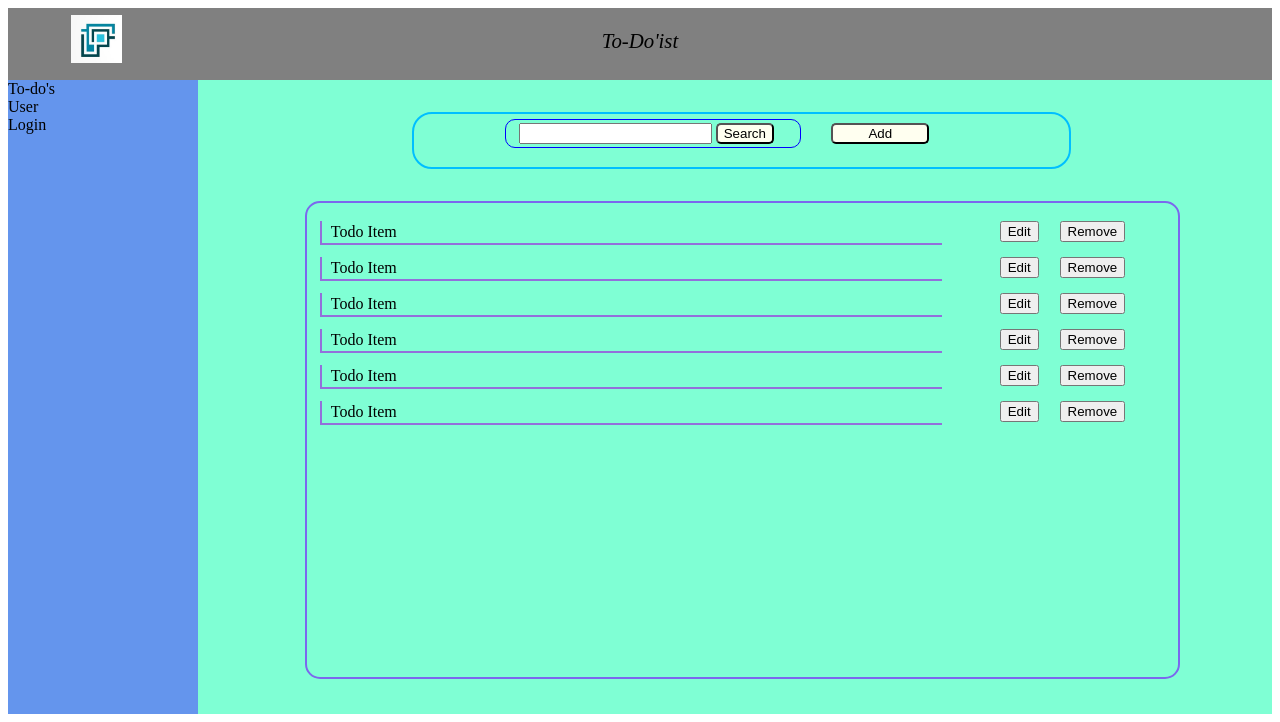
Repository: tavisca-pkadam/Todo-Website
Page: home.html
An editor plug-in stored every save of this project. The page is shown before and after a run of saves, followed by the edit.
The browser window is 1280 px wide. The pictures show the whole page.

Above is the page before, as saved 2019-08-20 08:38:30.

After the next 6 saves:
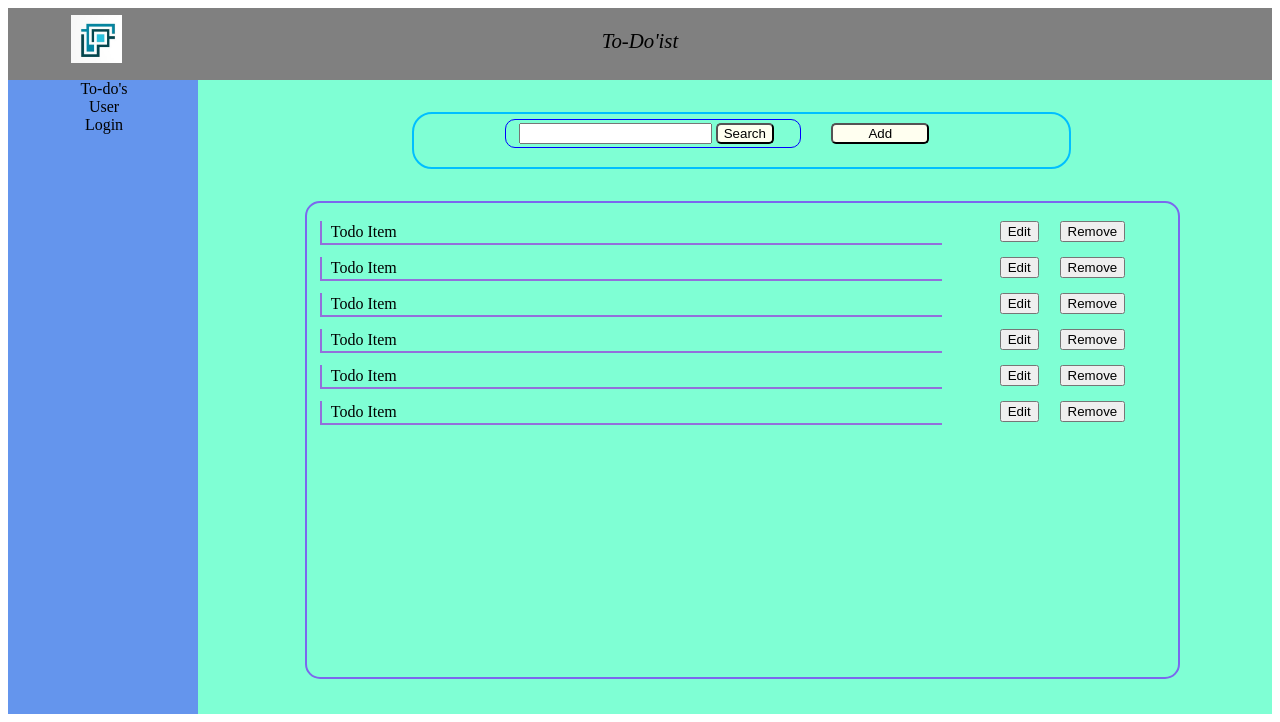
The 6 saves are shown as one change because they came seconds apart.
The last was saved 15 s later.
--- a/main.css
+++ b/main.css
@@ -30,7 +30,9 @@
 }
 
 .side_btn {
-    text
+    text-align: center;
+    width: 30%
+    postion
 }
 
 
